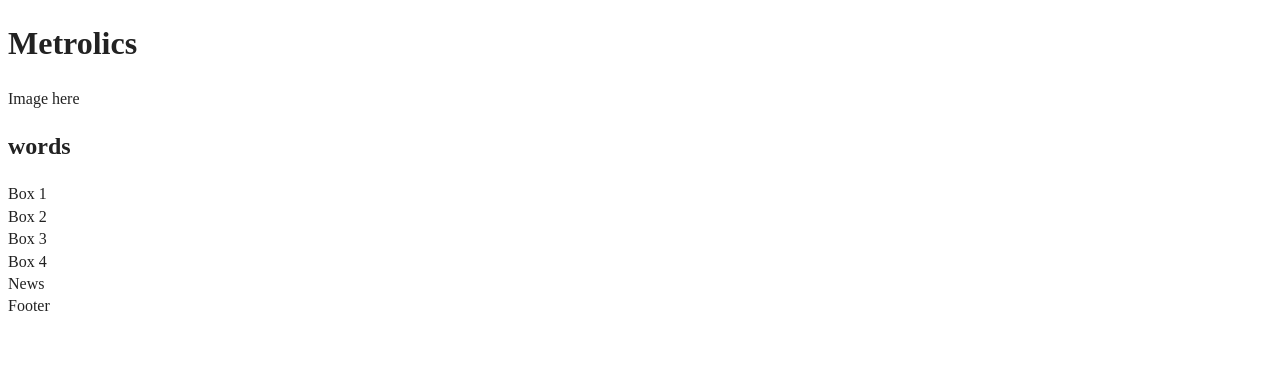
Repository: Jennica1/HTML_Structure
Page: index.html
These files come from the project's save history. The page is drawn as it stood at one moment and after the next save; the edit follows.
The browser window is 1280 px wide. The pictures show the whole page.

Above is the page before, as saved 2024-01-24 17:29:08.

After the next save:
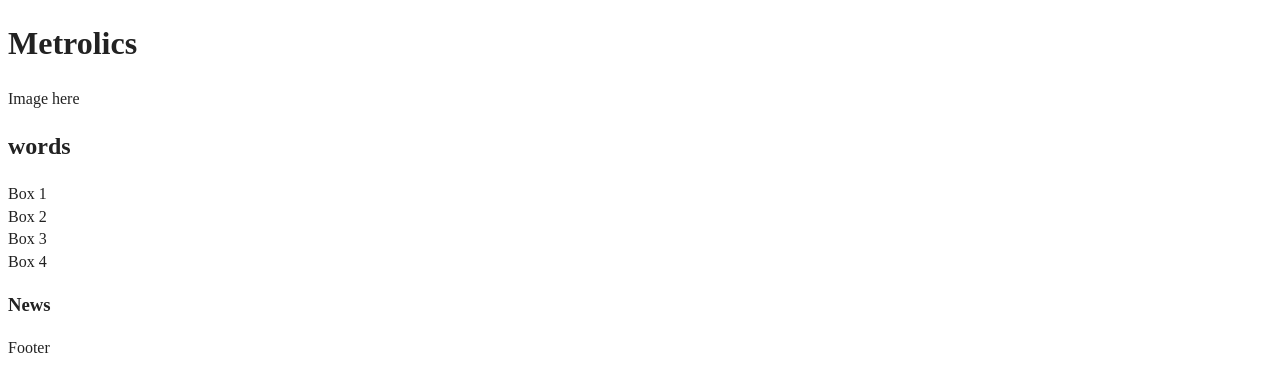
Saved 14 min 51 s later.
--- a/index.html
+++ b/index.html
@@ -45,7 +45,7 @@
                 </div>
                   <div class="content-container box-3">
                     Box 3
-                  </div>
+                </div>
                     <div class="content-container box-4">
                       Box 4
                     </div>
@@ -55,8 +55,8 @@
 
       <div class="page__information">
         <div class="outter-container">
-          <div class="content-container information">
-            News
+          <div class="content-container title">
+              <h3>News</h3>
           </div>
         </div>
       </div>
